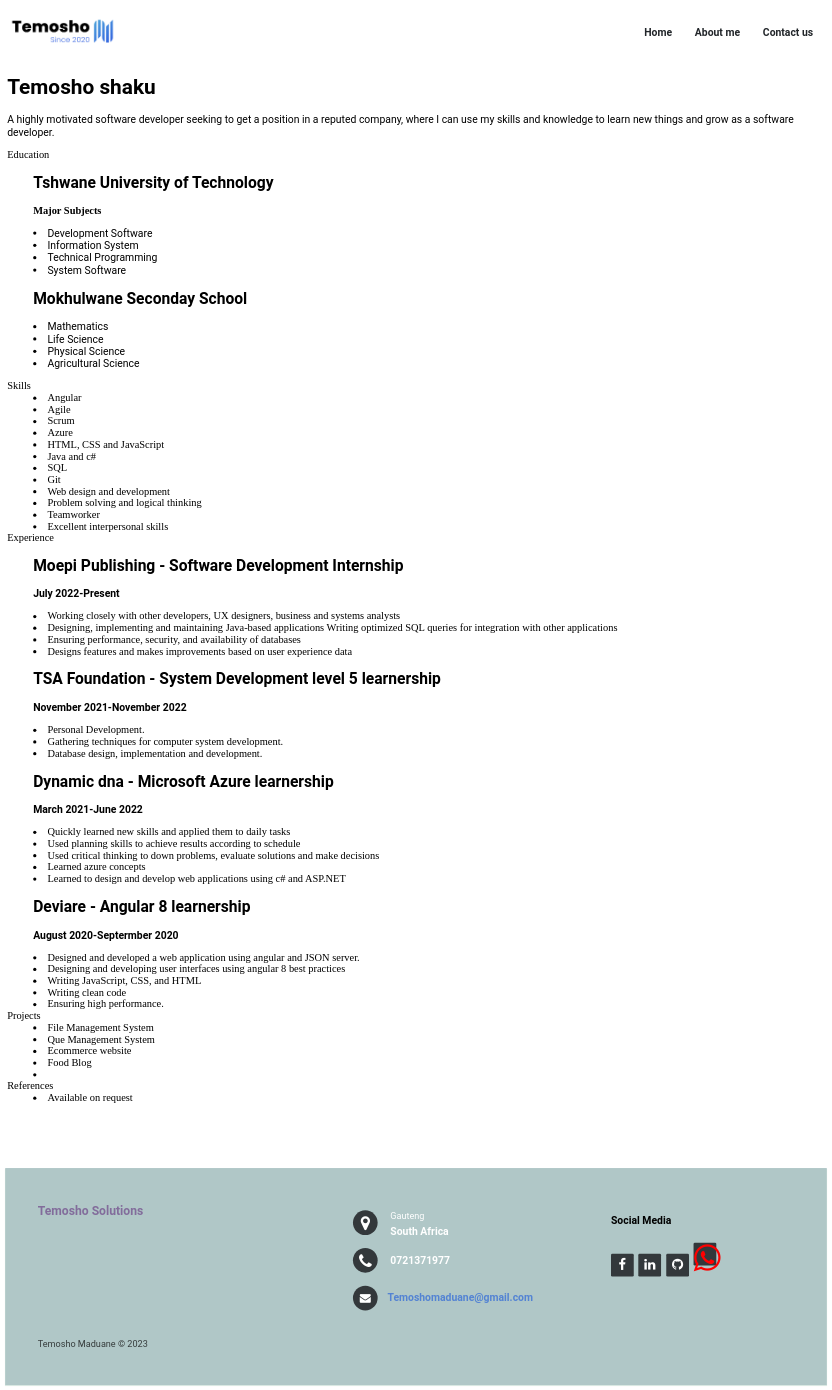
Repository: TemoshoS/T-Shaku
Page: about.html
These files come from the project's save history. The page is drawn as it stood at one moment and after the next save; the edit follows.
The browser window is 1280 px wide. The pictures show the whole page, at 65% of full size.
Pictures or frames that could not be fetched are drawn as grey boxes. Some web libraries are served in a nearby version.

Above is the page before, as saved 2023-09-28 15:05:17.

After the next save:
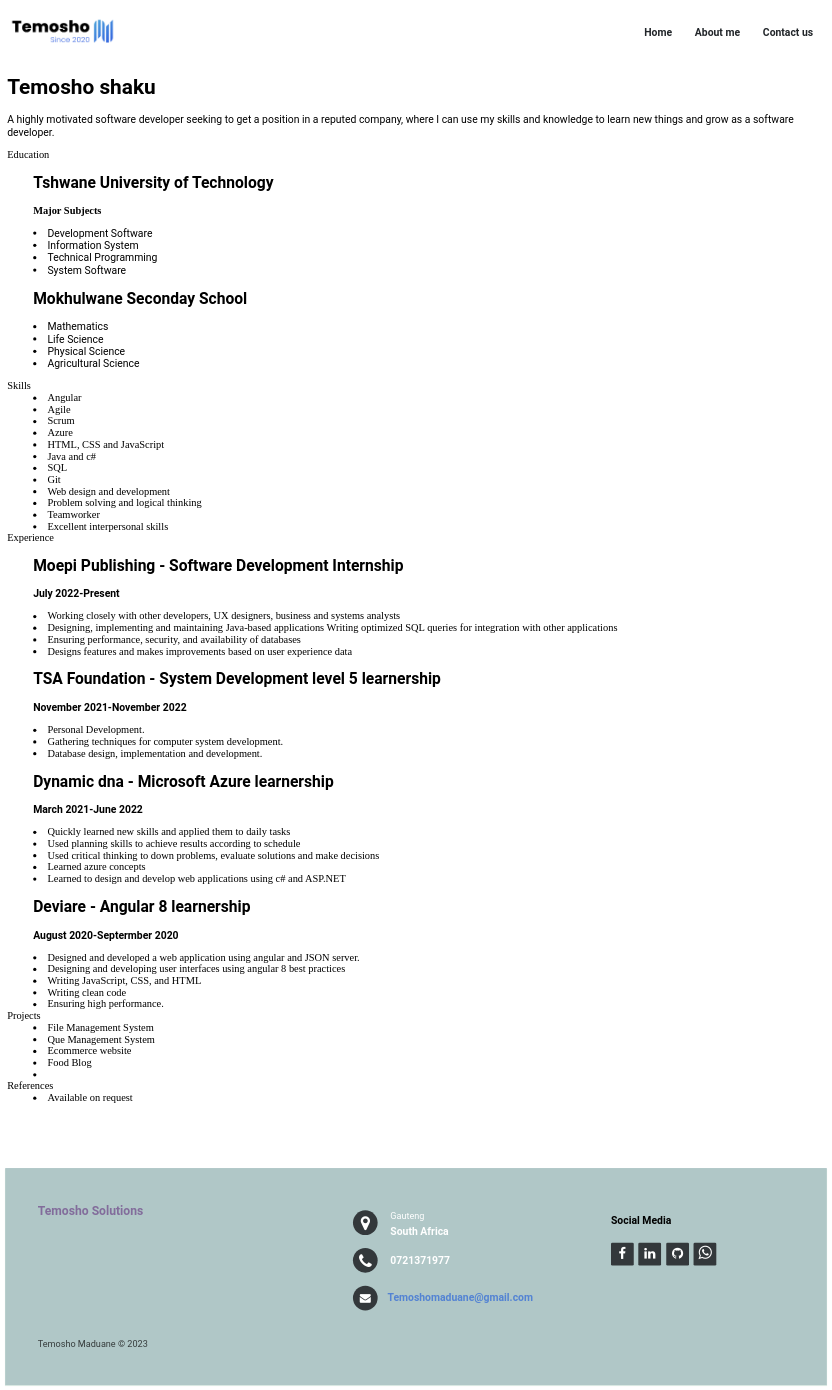
Saved 50 s later.
--- a/about.html
+++ b/about.html
@@ -146,7 +146,7 @@
                 <a href="https://www.linkedin.com/mwlite/in/temosho-shaku-a2598917b"><i class="fa fa-linkedin"></i></a>
                 <a href="https://github.com/TemoshoS"><i class="fa fa-github"></i></a>
                 <a href="https://api.whatsapp.com/send?phone=27721371977">
-                  <i class="fa fa-whatsapp" style="font-size:48px;color:red"></i>
+                  <i style="font-size:24px" class="fa">&#xf232;</i>
               </a>
 
 
